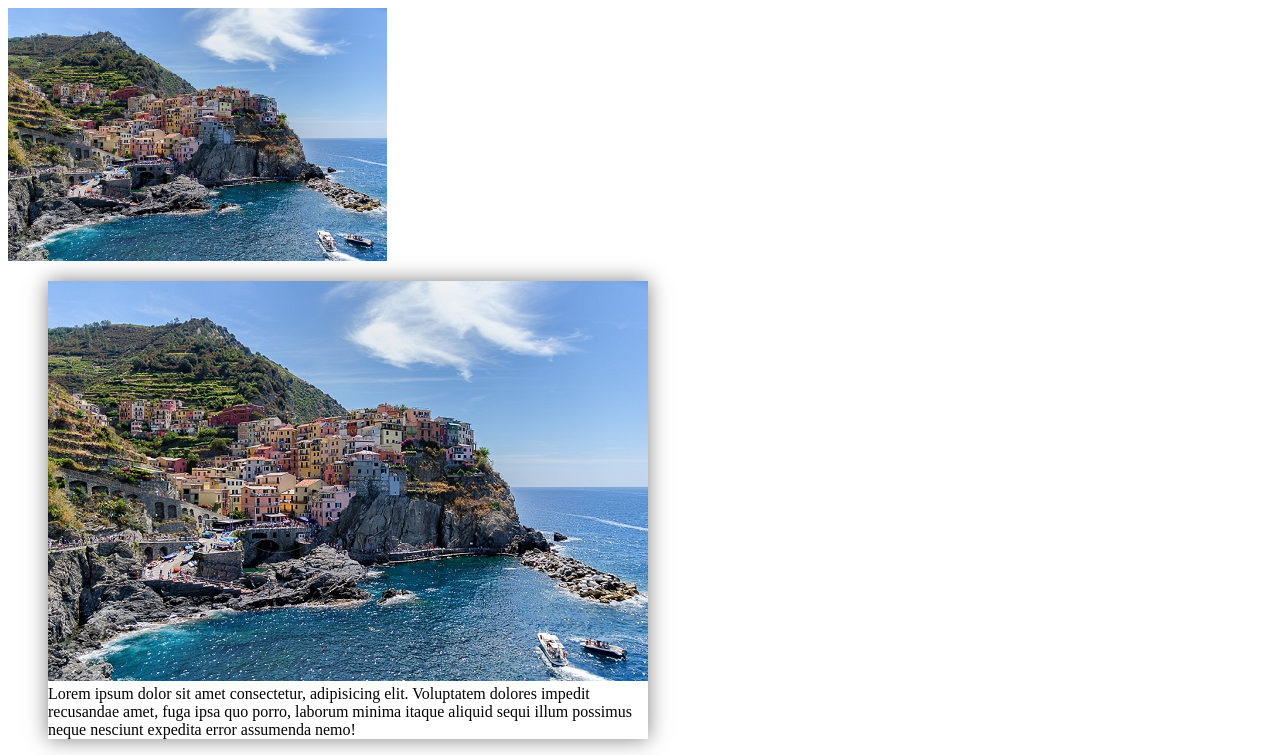
Repository: EmanuelUrbano/introducao_a_tecnologias
Page: 05_05_2022/dropdown_image/index.html
The author's editor kept a copy of each file at every save. The page is drawn from the files as they stood at one save, then again after the next save.
The browser window is 1280 px wide. The pictures show the whole page.

Above is the page before, as saved 2022-05-10 08:05:45.

### 05_05_2022/dropdown_image/index.html
<!DOCTYPE html>
<html lang="en">
<head>
    <meta charset="UTF-8">
   <link rel="stylesheet" href="style.css">
    <title>Dropdown image</title>
</head>
<body>
    <img src="./Banco de Imagens/img.jpg" alt="" class="imagem_pequena">
    <figure class="imagem_grande">
        <img src="./Banco de Imagens/img.jpg" alt="" >
        <figurecaption>Lorem ipsum dolor sit amet consectetur, adipisicing elit. Voluptatem dolores impedit recusandae amet, fuga ipsa quo porro, laborum minima itaque aliquid sequi illum possimus neque nesciunt expedita error assumenda nemo!</figurecaption>
    </figure>
</body>
</html>

### 05_05_2022/dropdown_image/style.css
img.imagem_pequena{
    display:inline-block;
    height: auto;
    max-width: 30%;
}

figure{
    box-shadow: 0 0 20px 0 rgba(0, 0, 0, 0.5);
    max-width: 600px;
}

figure>img{
    width: 100%;
    height:auto;
}

After the next save:
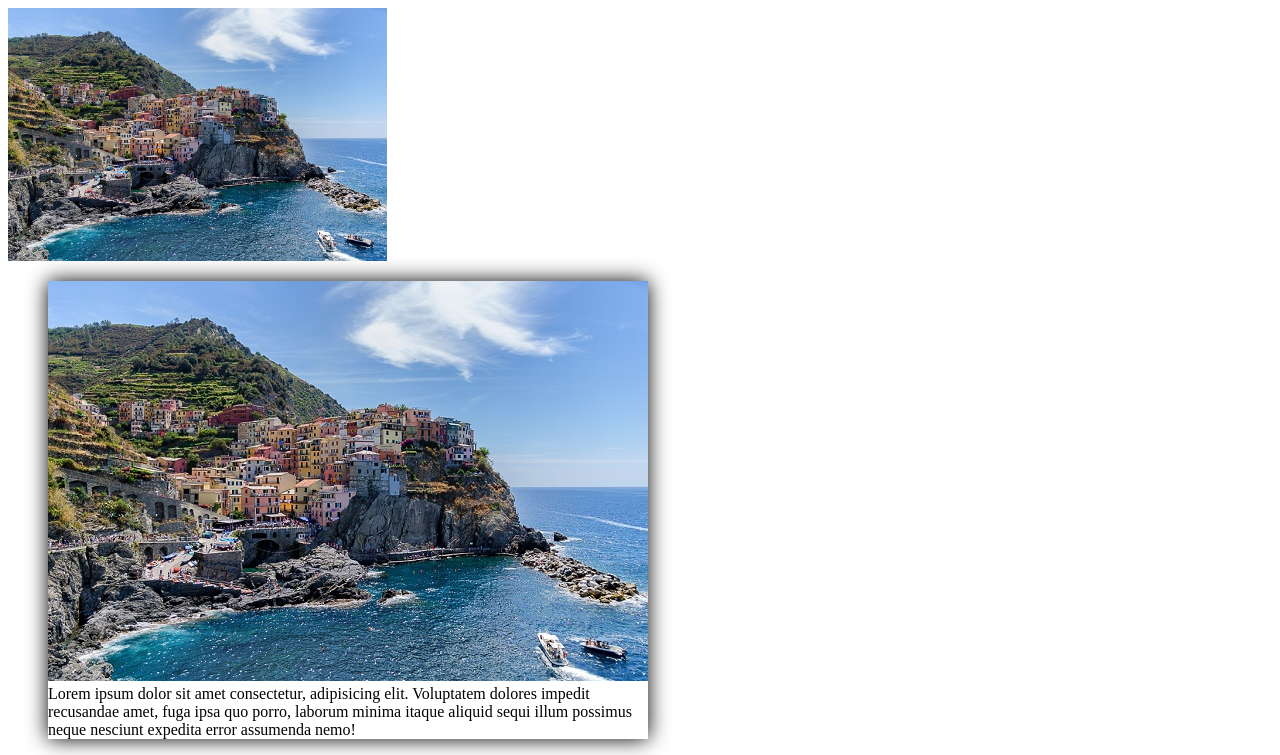
Saved 12 s later.
--- a/05_05_2022/dropdown_image/style.css
+++ b/05_05_2022/dropdown_image/style.css
@@ -5,7 +5,7 @@
 }
 
 figure{
-    box-shadow: 0 0 20px 0 rgba(0, 0, 0, 0.5);
+    box-shadow: 0 0 20px 0 rgba(0, 0, 0, 1);
     max-width: 600px;
 }
 

After the save that followed:
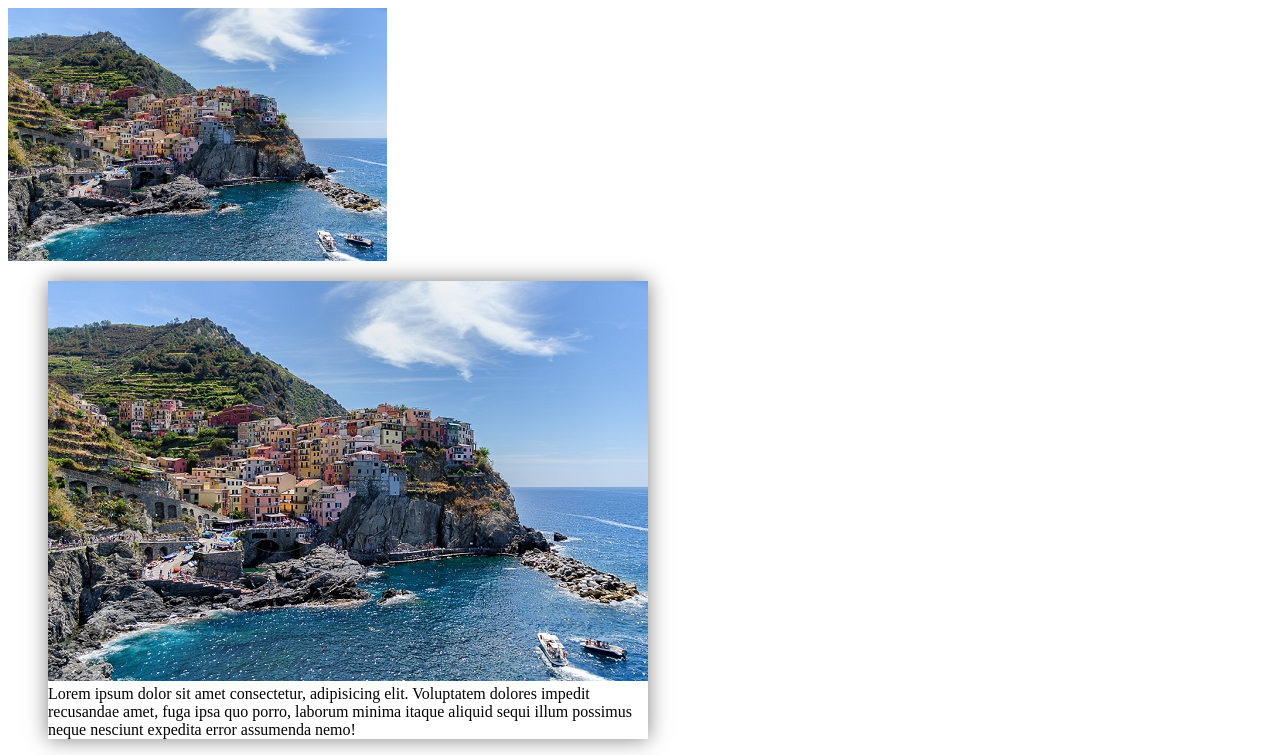
Saved 11 s later.
--- a/05_05_2022/dropdown_image/style.css
+++ b/05_05_2022/dropdown_image/style.css
@@ -5,7 +5,7 @@
 }
 
 figure{
-    box-shadow: 0 0 20px 0 rgba(0, 0, 0, 1);
+    box-shadow: 0 0 20px 0 rgba(0, 0, 0, 0.5);
     max-width: 600px;
 }
 
